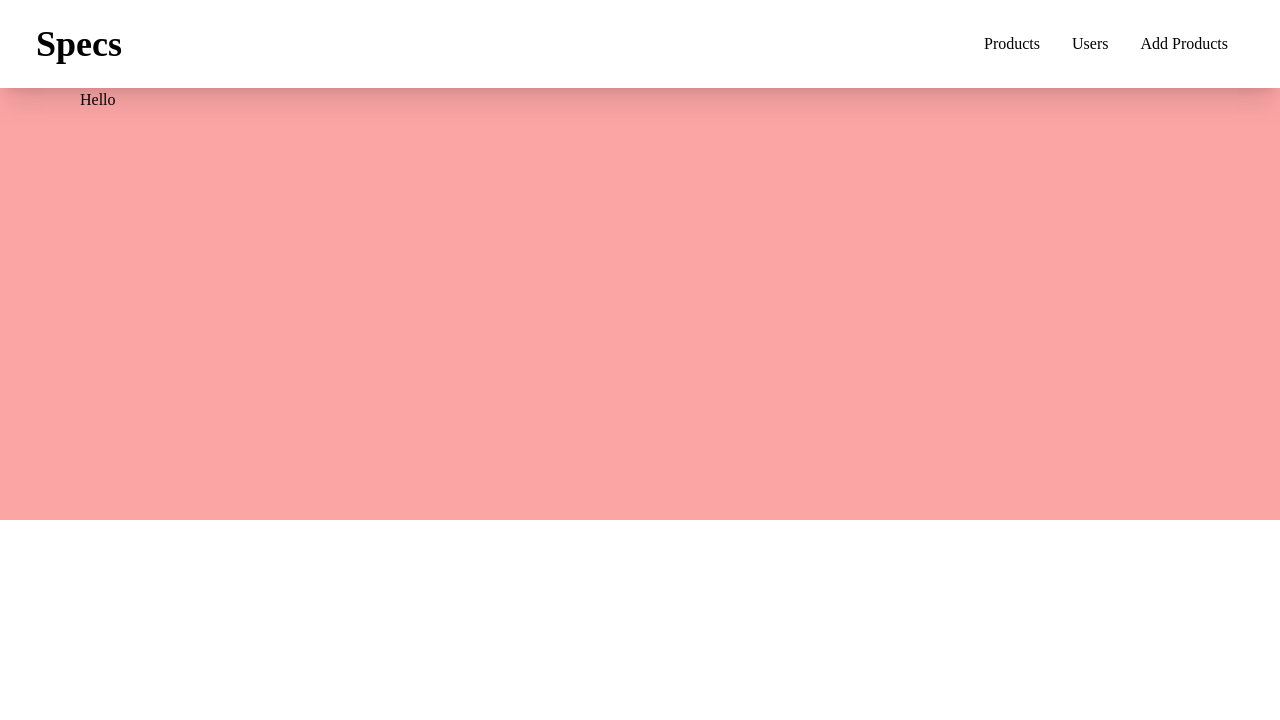
Repository: rushit163/frames-ecommerce
Page: /
An editor plug-in stored every save of this project. The page is shown before and after the next save, followed by the edit.
The browser window is 1280 px wide. The pictures show the whole page.
The project was rebuilt for these pictures with package versions that can differ from the ones it lists, and the page was loaded fresh each time. The framework's server and built-in components were replaced by stand-ins that run in the browser. Also part of the build but not shown: next.config.js.

Above is the page before, as saved 2023-05-06 07:31:10.

After the next save:
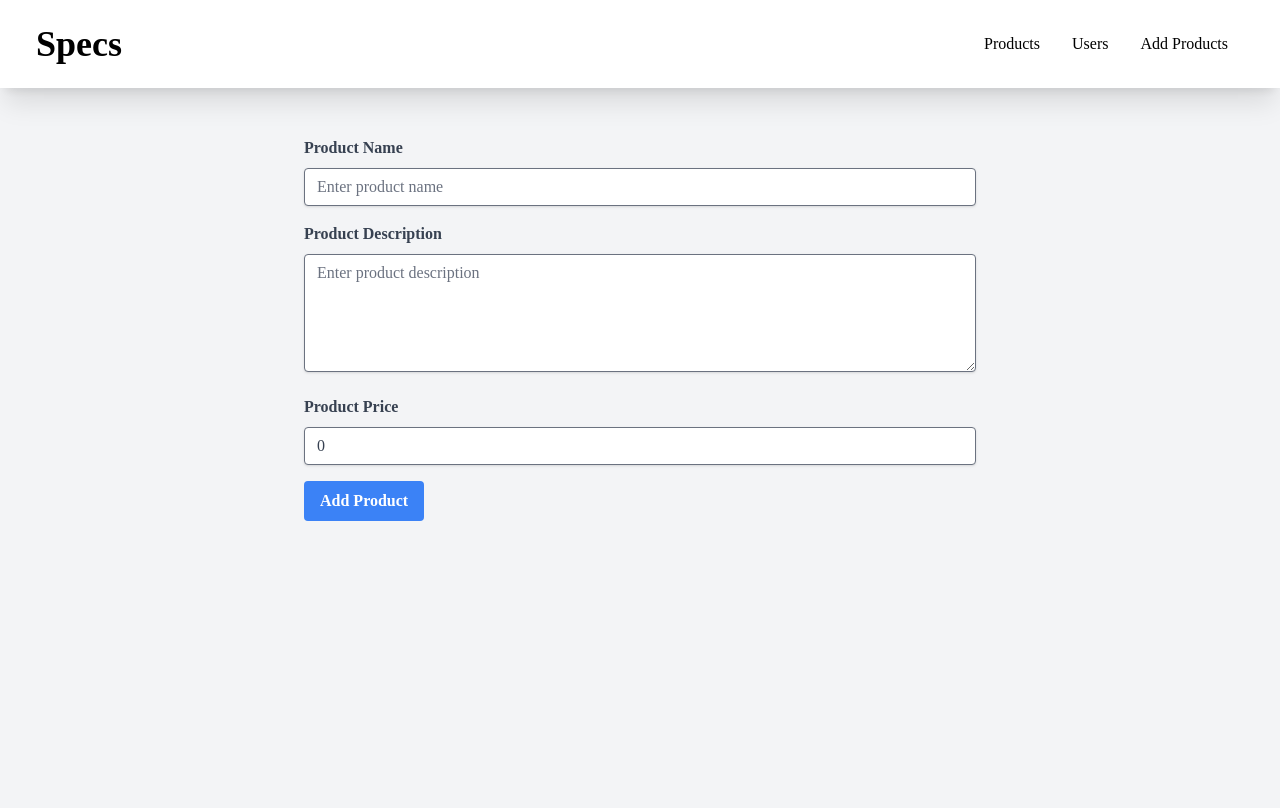
Saved 110 s later.
--- a/pages/Add_Products.tsx
+++ b/pages/Add_Products.tsx
@@ -1,15 +1,90 @@
-import Navbar from '@/components/Navbar_Admin'
-import React from 'react'
+import Navbar from '@/components/Navbar_Admin';
+import React, { useState } from 'react';
 
-const Add_Products = () => {
+const AddProducts = () => {
+  const [name, setName] = useState('');
+  const [description, setDescription] = useState('');
+  const [price, setPrice] = useState(0);
+
+  const handleSubmit = (event) => {
+    event.preventDefault();
+    // Here you can add your logic for submitting the form data to the server
+  };
+
   return (
     <>
-    <Navbar/>
-    <div className=" bg-red-300 h-[60vh] w-full flex pl-20 pr-20">
-      <h1>Hello</h1>
-    </div>
+      <Navbar />
+      <div className="bg-gray-100 min-h-screen">
+        <div className="max-w-7xl mx-auto py-6 sm:px-6 lg:px-8">
+          <div className="px-4 py-6 sm:px-0">
+            <div className="max-w-2xl mx-auto">
+              <form onSubmit={handleSubmit}>
+                <div className="mb-4">
+                  <label
+                    htmlFor="name"
+                    className="block text-gray-700 font-bold mb-2"
+                  >
+                    Product Name
+                  </label>
+                  <input
+                    type="text"
+                    name="name"
+                    id="name"
+                    className="shadow appearance-none border rounded w-full py-2 px-3 text-gray-700 leading-tight focus:outline-none focus:shadow-outline"
+                    placeholder="Enter product name"
+                    value={name}
+                    onChange={(event) => setName(event.target.value)}
+                  />
+                </div>
+                <div className="mb-4">
+                  <label
+                    htmlFor="description"
+                    className="block text-gray-700 font-bold mb-2"
+                  >
+                    Product Description
+                  </label>
+                  <textarea
+                    name="description"
+                    id="description"
+                    className="shadow appearance-none border rounded w-full py-2 px-3 text-gray-700 leading-tight focus:outline-none focus:shadow-outline"
+                    placeholder="Enter product description"
+                    rows="5"
+                    value={description}
+                    onChange={(event) => setDescription(event.target.value)}
+                  ></textarea>
+                </div>
+                <div className="mb-4">
+                  <label
+                    htmlFor="price"
+                    className="block text-gray-700 font-bold mb-2"
+                  >
+                    Product Price
+                  </label>
+                  <input
+                    type="number"
+                    name="price"
+                    id="price"
+                    className="shadow appearance-none border rounded w-full py-2 px-3 text-gray-700 leading-tight focus:outline-none focus:shadow-outline"
+                    placeholder="Enter product price"
+                    value={price}
+                    onChange={(event) => setPrice(event.target.value)}
+                  />
+                </div>
+                <div className="flex items-center justify-between">
+                  <button
+                    type="submit"
+                    className="bg-blue-500 hover:bg-blue-700 text-white font-bold py-2 px-4 rounded focus:outline-none focus:shadow-outline"
+                  >
+                    Add Product
+                  </button>
+                </div>
+              </form>
+            </div>
+          </div>
+        </div>
+      </div>
     </>
-  )
-}
+  );
+};
 
-export default Add_Products
+export default AddProducts;
